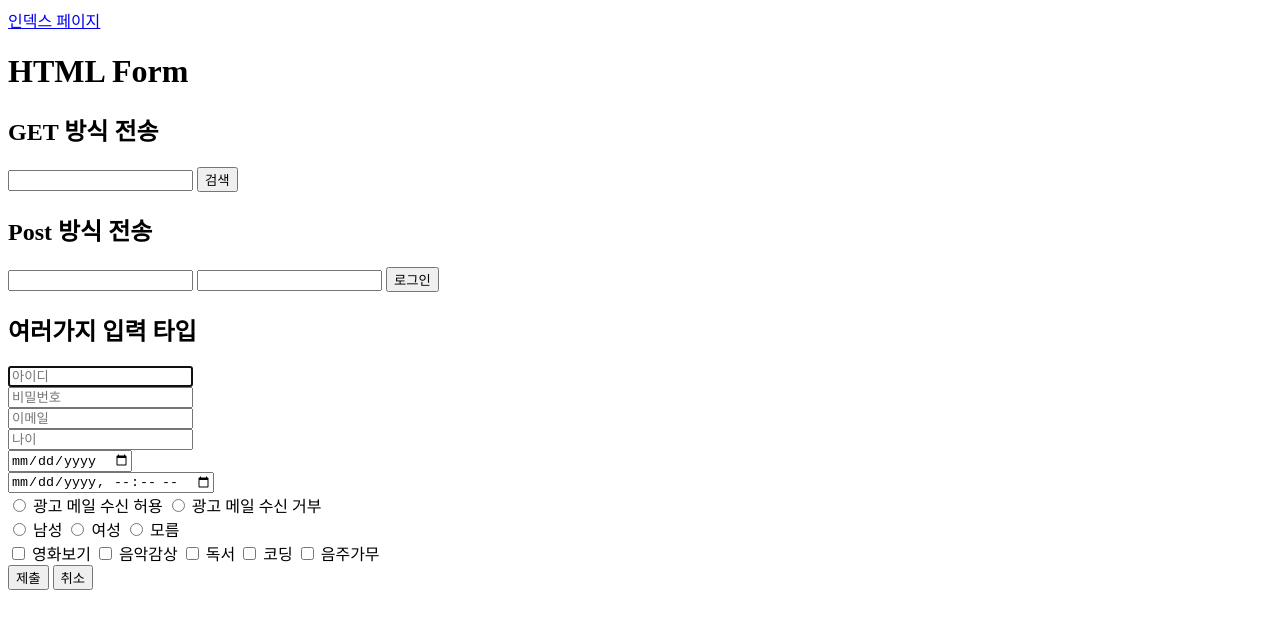
Repository: Sid0130/HTML
Page: lab-web/lab01_html/src/main/webapp/form.html
These files come from the project's save history. The page is drawn as it stood at one moment and after the next save; the edit follows.
The browser window is 1280 px wide. The pictures show the whole page.

Above is the page before, as saved 2024-12-04 05:17:45.

After the next save:
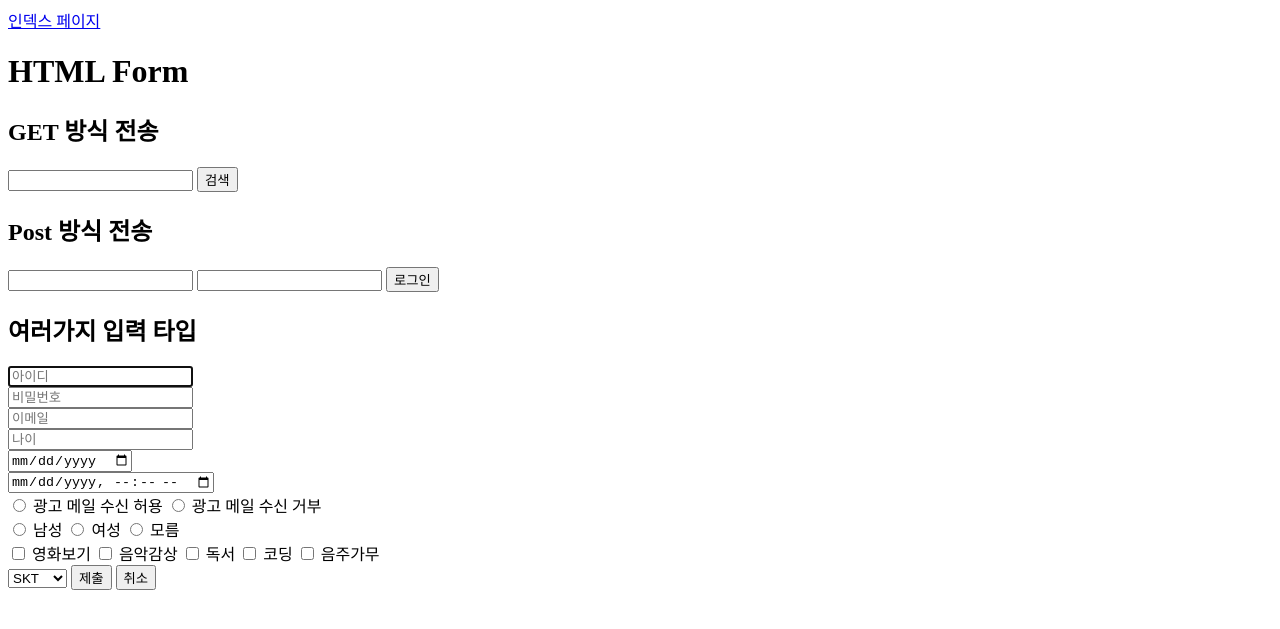
Saved 4 min 52 s later.
--- a/lab-web/lab01_html/src/main/webapp/form.html
+++ b/lab-web/lab01_html/src/main/webapp/form.html
@@ -82,6 +82,16 @@
             <label for="cbAlcohol">음주가무</label>
             <br/>
             <!-- 레이블에 for 속성을 줬기 때문에 이름만 클릭해도 체크가 됨 -->
+            <!-- 라디오는 하나만 체크가능하고 체크박스는 여러개의 이름으로 값이 나옴 -->
+
+            <!-- 콤보박스 -->
+            <select name="mobile">
+                <option value="S">SKT</option>
+                <option value="K">KT</option>
+                <option value="L">LGU+</option>
+                <option value="A">알뜰폰</option>
+            </select>
+
 
             <input type="submit" value="제출"/> <!-- 클라이언트가 서버로 양식 데이터를 제출 -->
             <input type="reset" value="취소"/> <!--클라이언트가 양식 데이터를 초기화 -->
